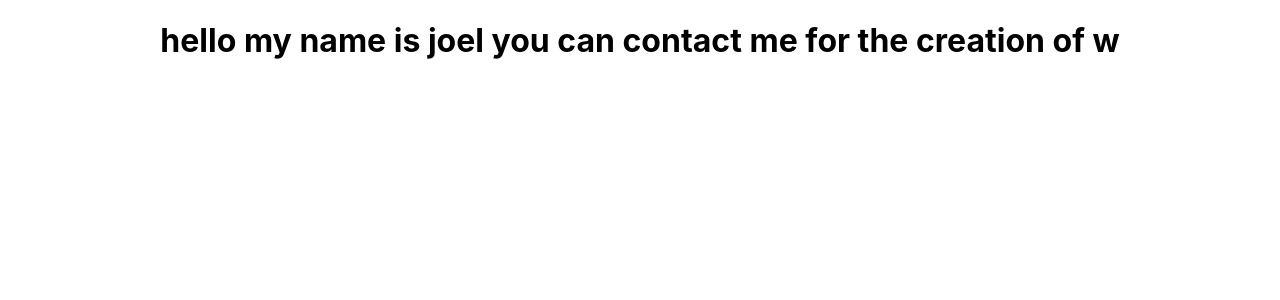
Repository: joelblessed/JOEL2
Page: /
The author's editor kept a copy of each file at every save. The page is drawn from the files as they stood at one save, then again after the next save.
The browser window is 1280 px wide. The pictures show the whole page.
The project was rebuilt for these pictures with package versions that can differ from the ones it lists, and the page was loaded fresh each time.

Above is the page before, as saved 2025-01-28 23:57:01.

After the next save:
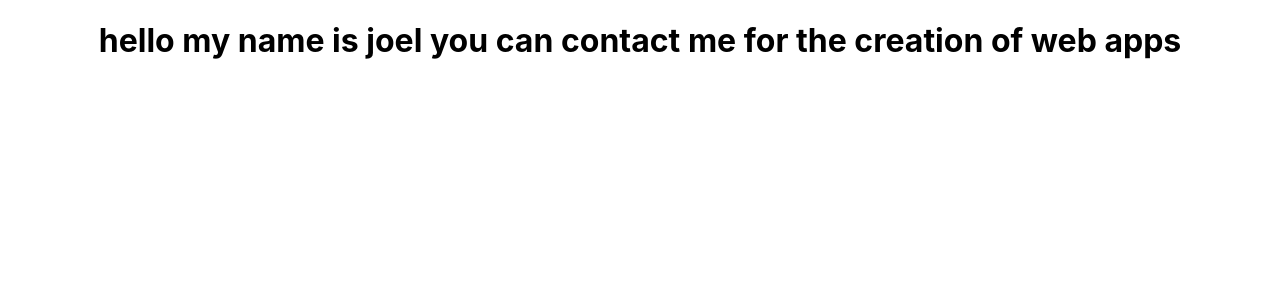
Saved 5 s later.
--- a/src/component/home.jsx
+++ b/src/component/home.jsx
@@ -3,7 +3,7 @@ import React from 'react'
 const Home = () => {
   return (
     <div>
-      <h1>hello my name is joel you can contact me for the creation of w</h1>
+      <h1>hello my name is joel you can contact me for the creation of web apps</h1>
     </div>
   )
 }
